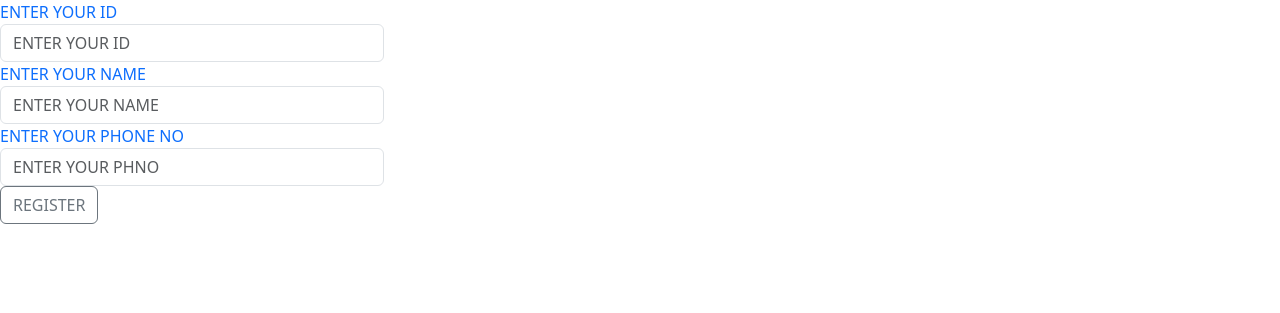
Repository: arindamslt/JEECoding
Page: JEE_FRONTEND/src/main/webapp/04BootstrapForm.html
These files come from the project's save history. The page is drawn as it stood at one moment and after the next save; the edit follows.
The browser window is 1280 px wide. The pictures show the whole page.

Above is the page before, as saved 2025-07-17 05:14:07.

After the next save:
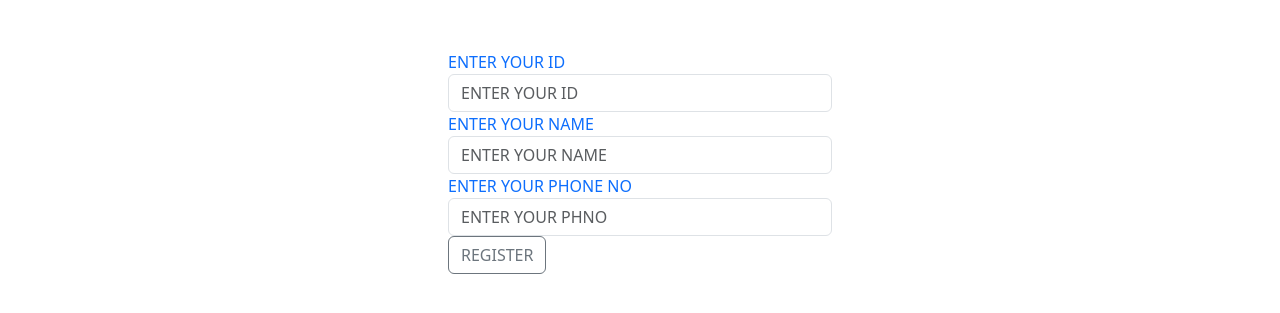
Saved 57 s later.
--- a/JEE_FRONTEND/src/main/webapp/04BootstrapForm.html
+++ b/JEE_FRONTEND/src/main/webapp/04BootstrapForm.html
@@ -7,7 +7,7 @@
 
 </head>
 <body>
-<div style="width: 30%;"margin:50px auto;" >
+<div style="width: 30%;margin:50px auto;" >
 	<label class="text-primary">ENTER YOUR ID</label>
 	<input type="text" class="form-control" name="id" placeholder="ENTER YOUR ID"/>
 	<label class="text-primary">ENTER YOUR NAME</label>
